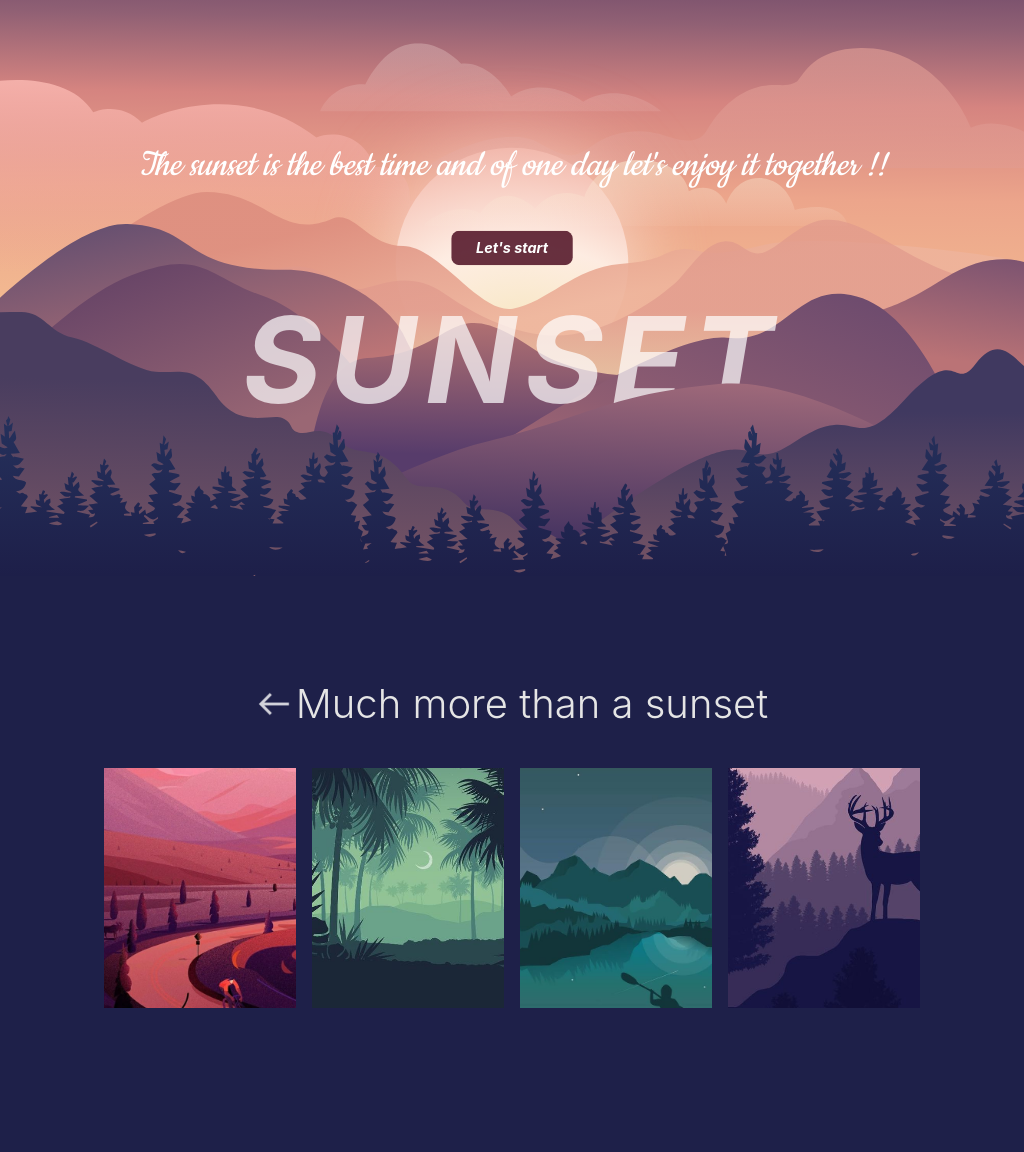
Repository: nambui98/parallax
Page: /
The author's editor kept a copy of each file at every save. The page is drawn from the files as they stood at one save, then again after the next save.
The browser window is 1280 px wide. The pictures show the whole page, at 80% of full size.
The project was rebuilt for these pictures with package versions that can differ from the ones it lists, and the page was loaded fresh each time. Also part of the build but not shown: vite.config.ts.

Above is the page before, as saved 2022-03-24 16:08:38.

### src/App.tsx
import { useEffect, useRef, useState } from 'react'
import { Link, useLocation, useNavigate } from 'react-router-dom';
import bg_1 from './assets/images/bg_1.svg'
import bg_2 from './assets/images/bg_2.svg'
import bg_3 from './assets/images/bg_3.svg'
import bg_4 from './assets/images/bg_4.svg'
import bg_5 from './assets/images/bg_5.svg'
import bg_6 from './assets/images/bg_6.svg'
import bg_7 from './assets/images/bg_7.svg'
import bg_8 from './assets/images/bg_8.svg'
import bg_9 from './assets/images/bg_9.svg'
import bg_10 from './assets/images/bg_10.svg'
import bg_11 from './assets/images/bg_11.svg'
import content1 from './assets/images/content1.png'
import content2 from './assets/images/content2.svg'
import content3 from './assets/images/content3.svg'
import content4 from './assets/images/content4.svg'
import icon from './assets/images/icon.svg'
import './App.scss'

function App() {
  let location = useLocation();
  console.log(location);

  const bg_1Ref = useRef<any>()
  const bg_2Ref = useRef<any>()
  const bg_3Ref = useRef<any>()
  const bg_4Ref = useRef<any>()
  const bg_5Ref = useRef<any>()
  const bg_6Ref = useRef<any>()
  const bg_7Ref = useRef<any>()
  const bg_8Ref = useRef<any>()
  const bg_9Ref = useRef<any>()
  const bg_10Ref = useRef<any>()
  const bg_11Ref = useRef<any>()
  const h3Ref = useRef<any>()
  const h1Ref = useRef<any>()
  const bannerRef = useRef<any>()
  const btnRef = useRef<any>()
  // console.log(location);

  useEffect(() => {
    window.addEventListener("scroll", () => {
      let value = window.scrollY;
      // h3Ref.current.style =
      // bg_1Ref.current.style.left = `calc(${value}px + 40rem)`;
      bg_9Ref.current.style.transform = `scale(${1 + value * 0.0005})`
      bg_10Ref.current.style.transform = `scale(${1 + value * 0.0005})`
      bg_8Ref.current.style.transform = `scale(${1 + value * 0.0005})`
      bg_7Ref.current.style.transform = `scale(${1 + value * 0.0005})`
      bg_6Ref.current.style.transform = `scale(${1 + value * 0.0005})`
      bg_5Ref.current.style.transform = `scale(${1 + value * 0.0005})`
      bg_4Ref.current.style.transform = `translateX(-50%) scale(${1 + value * 0.0005})`
      bg_3Ref.current.style.transform = `scale(${1 + value * 0.0005})`
      bg_2Ref.current.style.transform = `scale(${1 + value * 0.0005})`
      bg_1Ref.current.style.transform = `scale(${1 + value * 0.0005})`
      bg_11Ref.current.style.transform = `scale(${1 + value * 0.0004})`

      h3Ref.current.style.transform = `translateZ(${value * 0.8}px) scale(${1 + (value * 0.0009)})`
      h1Ref.current.style.transform = `translateY(${value * 0.2}px)`
      btnRef.current.style.transform = `translate(-50%, calc(-50% - ${value * 0.2}px))`
      console.log();

    })

    return () => {
      window.removeEventListener("scroll", () => {

      })
    }
  }, [])
  useEffect(() => {
    let url = window.location.href.split("/");
    // debugger
    let target = url[url.length - 1].toLowerCase();
    let element = document.getElementById(target);
    element && element.scrollIntoView({ behavior: "smooth", block: "start" });
  }, [location]);
  return (
    <div className="App">
      <div className="main">
        <div className="banner" ref={bannerRef}>
          <img className='bg_1' ref={bg_1Ref} src={bg_1} alt="" />
          <img className='bg_2' ref={bg_2Ref} src={bg_2} alt="" />
          <img className='bg_3' ref={bg_3Ref} src={bg_3} alt="" />
          <img className='bg_4' ref={bg_4Ref} src={bg_4} alt="" />
          <img className='bg_5' ref={bg_5Ref} src={bg_5} alt="" />
          <img className='bg_6' ref={bg_6Ref} src={bg_6} alt="" />
          <img className='bg_7' ref={bg_7Ref} src={bg_7} alt="" />
          <img className='bg_8' ref={bg_8Ref} src={bg_8} alt="" />
          <img className='bg_9' ref={bg_9Ref} src={bg_9} alt="" />
          <img className='bg_10' ref={bg_10Ref} src={bg_10} alt="" />
          <img className='bg_11' ref={bg_11Ref} src={bg_11} alt="" />

          <h3 ref={h3Ref}>The sunset is the best time and of one day let's enjoy it together !!</h3>
          <h1 ref={h1Ref}>Sunset</h1>
        </div>
        <Link to="/content" className="btn" ref={btnRef}>Let's start</Link>
        <div className="content" id="content">
          <h1><img src={icon} alt="" /> Much more than a sunset</h1>
          <div className="content__list">
            <div className="content__card">
              <div className="content__bg">
              </div>
              <h3 className='content__txt'>Enjoy the scenery on the road</h3>
            </div>
            <div className="content__card">
              <div className="content__bg content__bg--2">
              </div>
              <h3 className='content__txt'>Enjoy the scenery on the road</h3>
            </div>
            <div className="content__card">
              <div className="content__bg content__bg--3">
              </div>
              <h3 className='content__txt'>Enjoy the scenery on the road</h3>
            </div>
            <div className="content__card">
              <div className="content__bg content__bg--4">
              </div>
              <h3 className='content__txt'>Enjoy the scenery on the road</h3>
            </div>
          </div>
        </div>
      </div>
    </div>
  )
}

export default App

### src/App.scss
@import url('https://fonts.googleapis.com/css2?family=Cookie&display=swap');
*,
*::after,
*::before{
  padding: 0;
  margin: 0;
  box-sizing: inherit;
}
html{
  font-size: 62.5%;
  box-sizing: border-box;
}
.main{
  // perspective: 1px;

}
.banner{
  background: linear-gradient(181.12deg, #6D4869 -4.47%, #906074 5.09%, #D58480 18.15%, #ECA58B 34.03%, #F8C995 69.69%);
  height: 100vh;
  position: relative;
  z-index: -1;
  overflow: hidden;
  perspective: 1000px;
  h3{
    position: absolute;
    top: 18rem;
    width: 100%;
    font-size: 5rem;
    font-weight: 400;
    font-style: italic;
    color: #fff;
    font-family: 'Cookie', cursive;
    text-align: center;
    // left: 50%;
    // transform: translateX(-50%);
  }
  h1{
    position: absolute;
    bottom: 18rem;
    width: 100%;
    font-size: 15rem;
    font-style: italic;
    color: rgba(255, 255, 255, .7);
    text-align: center;
    text-transform: uppercase;
    z-index: 0;
    letter-spacing: 1rem;
  }
  img{
    position: absolute;
    z-index: 0;
    &.bg_1{
      top: 5.4rem;
      left: 40rem;
    }
    &.bg_2{
      left: 0;
      top: 10rem;
    }
    &.bg_3{
      right: 0;
      top: 6rem;
    }
    &.bg_4{
      left: 50%;
      top: 8rem;
      transform: translateX(-50%);
      // top: 28.6rem;
      width: 50rem;
    }
    &.bg_5{
      right: 22rem;
      top: 20rem;
    }
    &.bg_6{
      right: 0;
      left: 0;
      top: 24rem;
      width: 100%;
    }
    &.bg_7{
      right: 0;
      left: 0;
      top: 28rem;
      width: 100%;
      // z-index: 1;
    }
     &.bg_8{
      bottom: -3rem;
      width: 100%;
      z-index: 2;
    }
    &.bg_9{
      width: 100%;
      top: 33rem;
      // z-index: 1;
    }
    &.bg_10{
      bottom: -6rem;
      z-index: 1;
    }
    &.bg_11{
      bottom: 0rem;
      width: 100%;
      z-index: 2;
    }
  }
}
.btn{
  z-index: 100;

  position: absolute;
  top: calc(50% - 5rem);
  left: 50%;
  transform: translate(-50%, -50%);
  border: none;
  background: rgba(65, 0, 22, 0.8);
  font-style: italic;
  color: #fff;
  padding: 1rem 3rem;
  border-radius: 1rem;
  cursor: pointer;
  font-size: 1.8rem;
  font-weight: 700;
  border: 1px solid transparent;
  // transition: .3s all;
  text-decoration: none;
  &:hover{
    color: rgba(65, 0, 22, 0.8);
    background: transparent;
    border-color: rgba(65, 0, 22, 0.8);
  }
}
.content{
  height: 100vh;
  width: 100%;
  background-color: #1E2049;
}
.content{
  display: flex;
  align-items: center;
  flex-direction: column;
  h1{
    color: #E5E5E5;
    font-size: 5rem;
    font-weight: 300;
    margin-top: 13rem;
    display: flex;
    align-items: center;
    img{
      height: 5rem;
    }
  }
  &__list{
    display: flex;
    justify-content: space-between;
    gap: 2rem;
    height: 30rem;
    margin-top: 5rem;
  }
  &__card{
    width: 24rem;
    overflow: hidden;
    position: relative;
    cursor: pointer;
  }
  &__bg{
    transform: scaleX(-1);
    position: absolute;
    inset: 0;
    &::before{
      content:"";
      background-image: url(./assets/images/content1.png);
      background-size: cover;
      background-position-x: -3rem;
      background-position-y: -10rem;
      background-repeat: no-repeat;
      background-origin: content-box;
      position: absolute;
      inset: 0;
      transform: scale(1.5);
      transition: .3s all;
    }
    &--2{
      transform: scaleX(-1);
      &::before{
        background-image: url(./assets/images/content2.png);
        // background-position-x: 0;
        background-position-y: 0;
      }
    }
    &--3{
      &::before{
        background-image: url(./assets/images/content3.png);
        // background-position-x: right;
        // background-position-y: top;
      }
    }
    &--4{
    &::before{
      background-image: url(./assets/images/content4.png);
      // background-position-x: right;
      // background-position-y: top;
    }
  }

  }
  &__img{
    width: 100%;
    height: 100%;
    object-fit: cover;
  }
  &__txt{
    height: 9.4rem;
    background: rgba(0, 0, 0, 0.1);
    backdrop-filter: blur(80px);
    position: absolute;
    bottom: 0;
    width: 100%;
    color: #E5E5E5;
    font-size: 2rem;
    font-weight: normal;
    padding: 2rem;
    // height: 0;
    transform: translateY(100%);
    opacity: 0;
    transition: .3s all;
  }
  &__card:hover &__txt{
    opacity: 1;
    transform: translateY(0);
  }
  &__card:hover &__bg::before{
    background-position-x: 0px;
    background-position-y: -15rem;
    transform: scale(1);
  }
   &__card:hover &__bg--2::before{
    background-position-x: 0px;
    background-position-y: -4.5rem;
  }
  // &__card:hover{
  //   height: calc(100% - 9.4rem);
  // }
}

Loaded but not shown: index.html (common file); src/main.tsx (common file); src/index.css (common file)

After the next save:
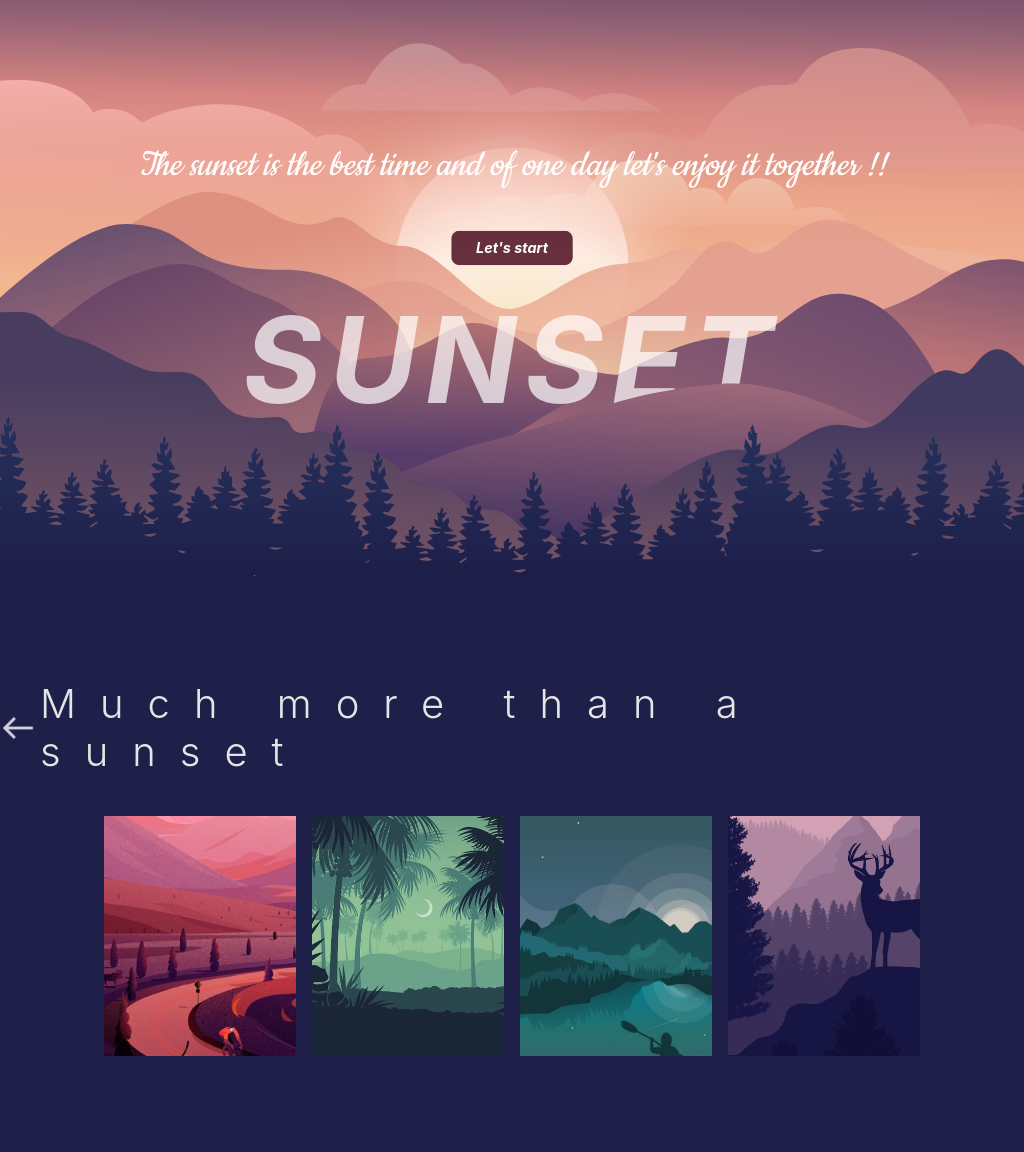
Saved 13 s later.
--- a/src/App.scss
+++ b/src/App.scss
@@ -147,6 +147,7 @@
     margin-top: 13rem;
     display: flex;
     align-items: center;
+    letter-spacing: 3rem;
     img{
       height: 5rem;
     }

After the 2 saves that followed:
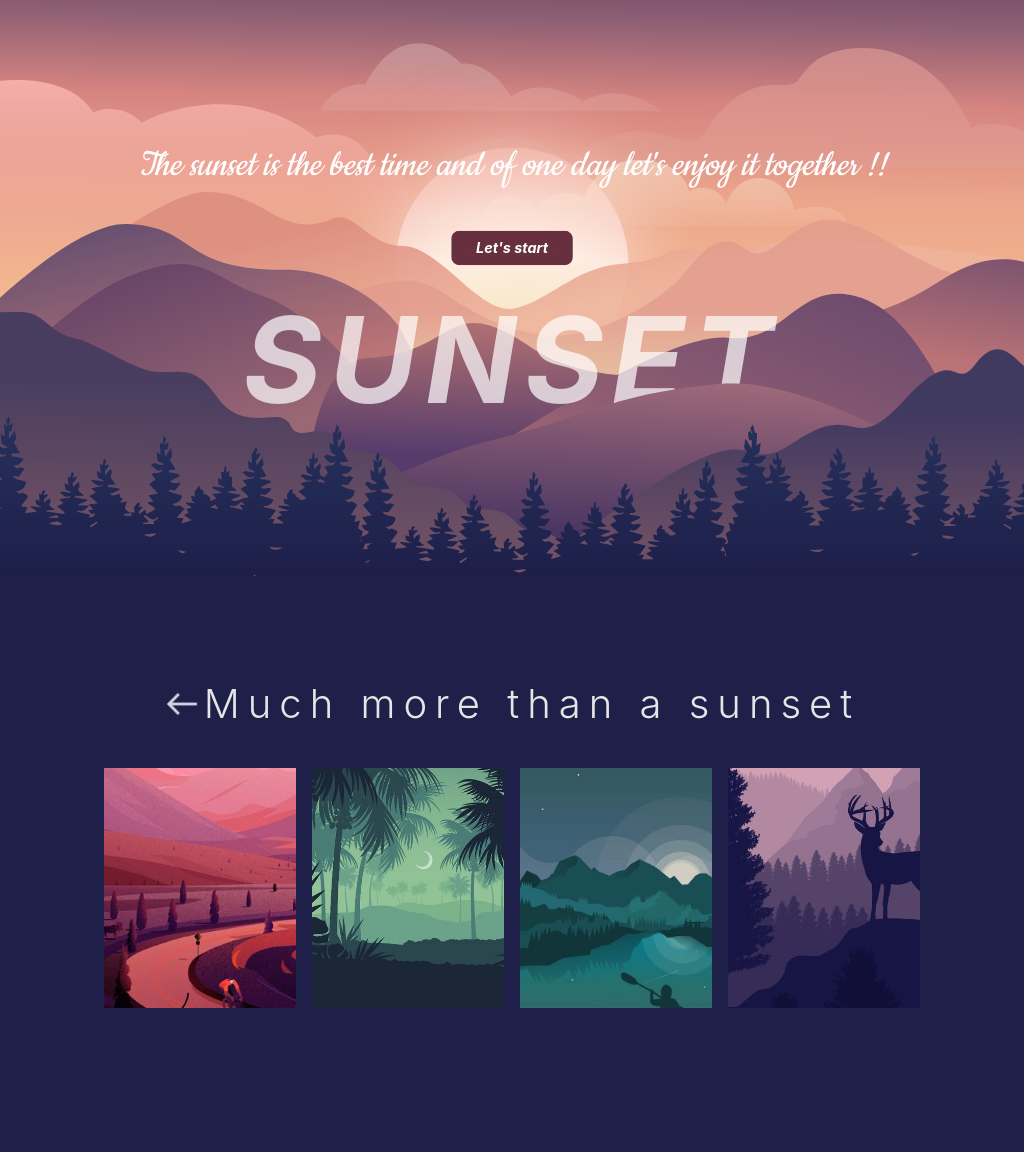
The 2 saves are shown as one change because they came seconds apart.
The last was saved 6 s later.
--- a/src/App.scss
+++ b/src/App.scss
@@ -147,7 +147,7 @@
     margin-top: 13rem;
     display: flex;
     align-items: center;
-    letter-spacing: 3rem;
+    letter-spacing: 1rem;
     img{
       height: 5rem;
     }
